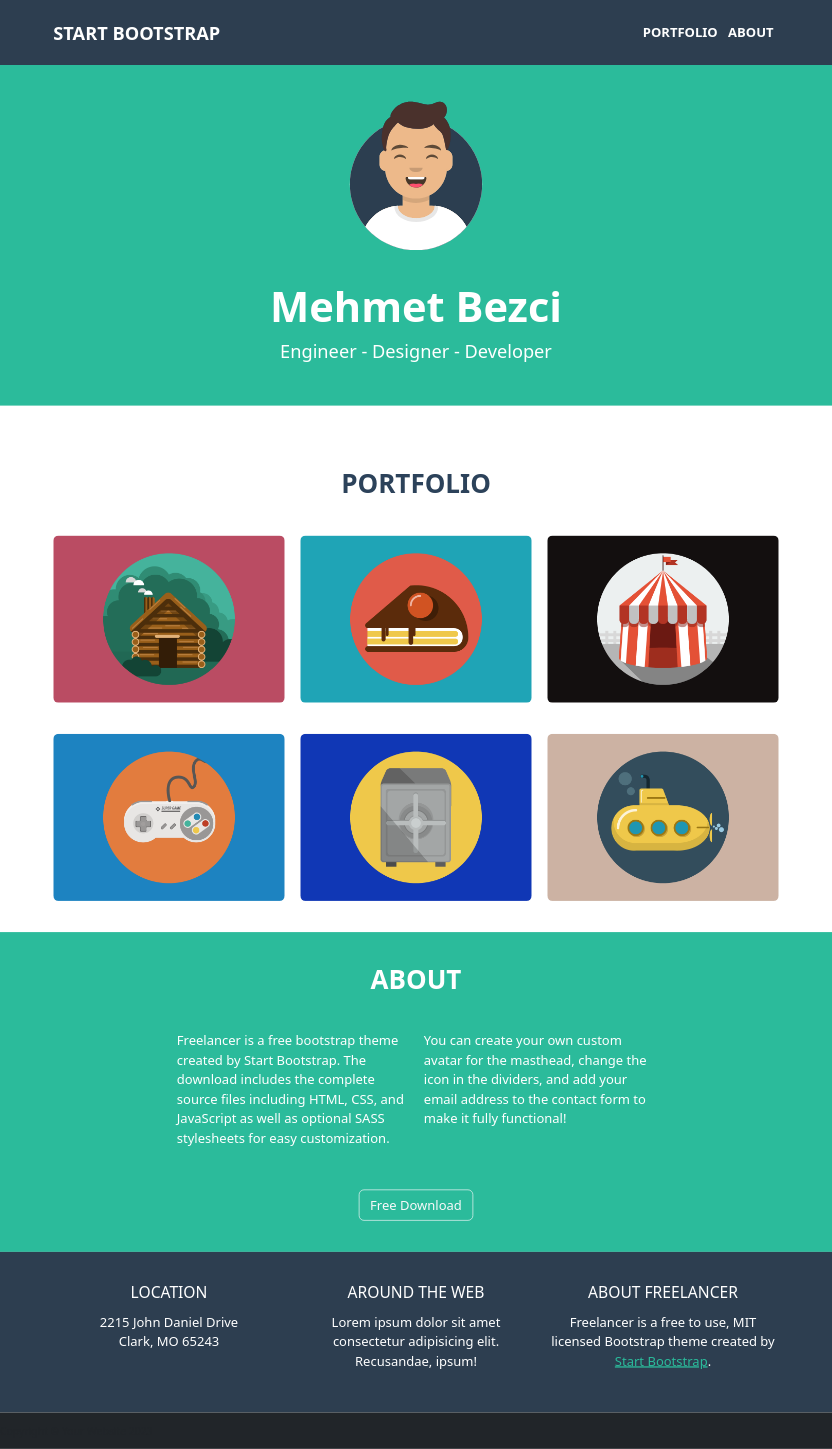
Repository: 7JaxeN7/WT-1255P-Mehmet_BEZC-
Page: index.html
These files come from the project's save history. The page is drawn as it stood at one moment and after the next save; the edit follows.
The browser window is 1280 px wide. The pictures show the whole page, at 65% of full size.

Above is the page before, as saved 2025-01-07 00:59:45.

After the next save:
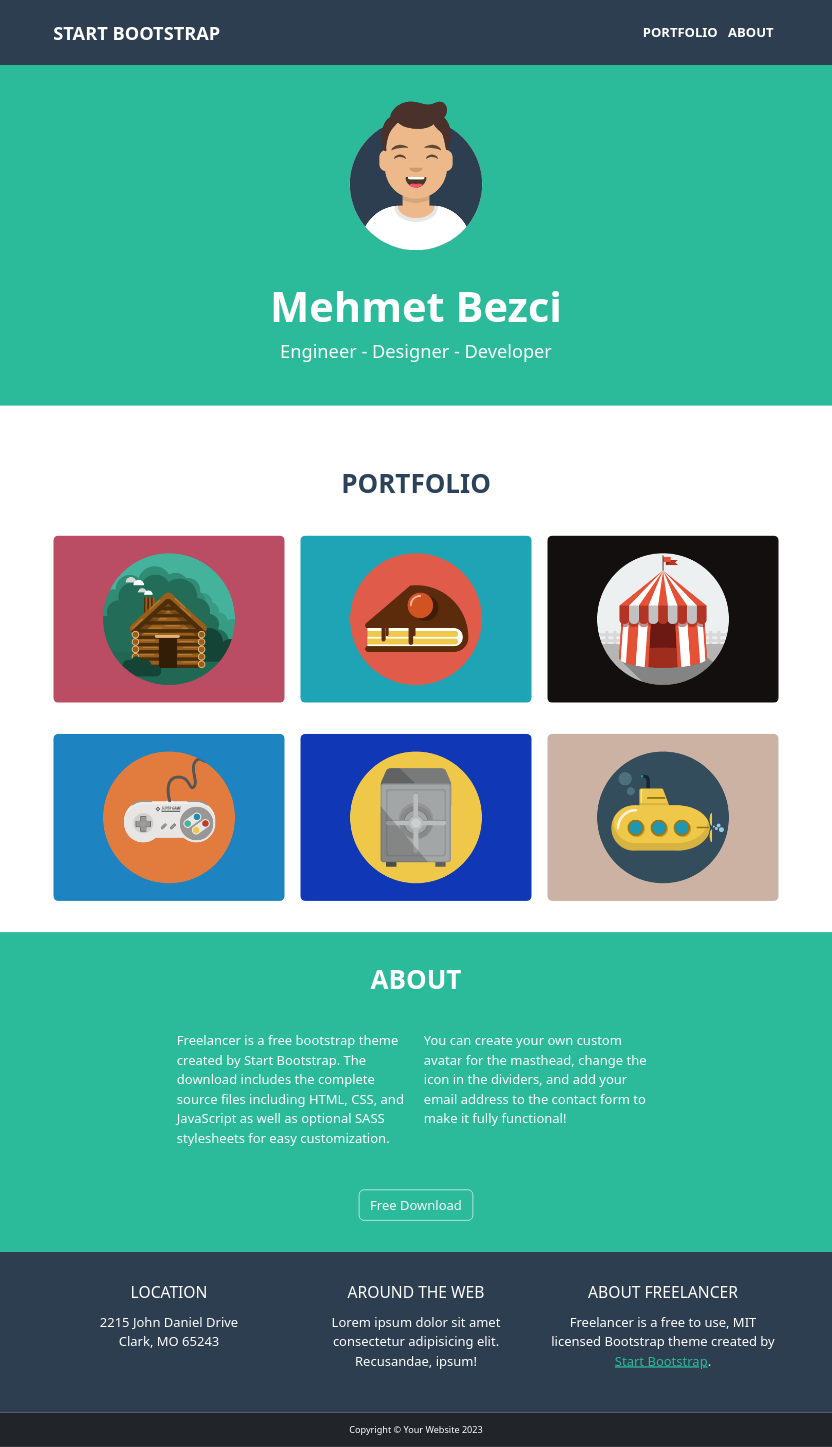
Saved 27 s later.
--- a/index.html
+++ b/index.html
@@ -117,7 +117,7 @@
       </div>
     </div>
   </footer>
-  <div class="copyright-section bg-dark py-3">
+  <div class="copyright-section bg-dark py-3 text-white text-center small">
     Copyright © Your Website 2023
   </div>
   <!-- Burası bootstrap script kısmı -->
